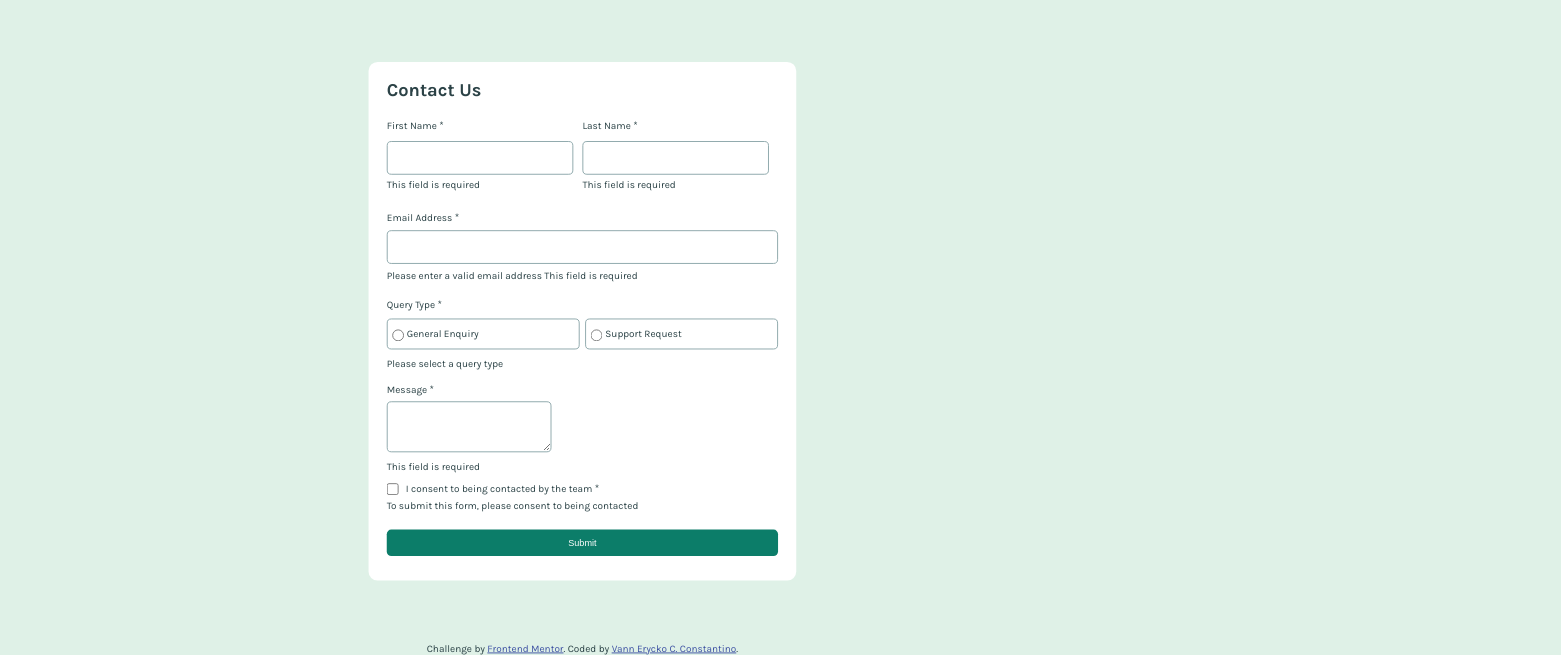
Repository: kocokoy/contact-form
Page: contact-form-main/index.html
These files come from the project's save history. The page is drawn as it stood at one moment and after the next save; the edit follows.
The browser window is 1280 px wide. The page is 1280 px wide, then 1715 px, so the pictures cover 1715 px, including what lies to the right of the window. The pictures show the whole page, at 91% of full size.

Above is the page before, as saved 2024-10-24 16:11:08.

After the next save:
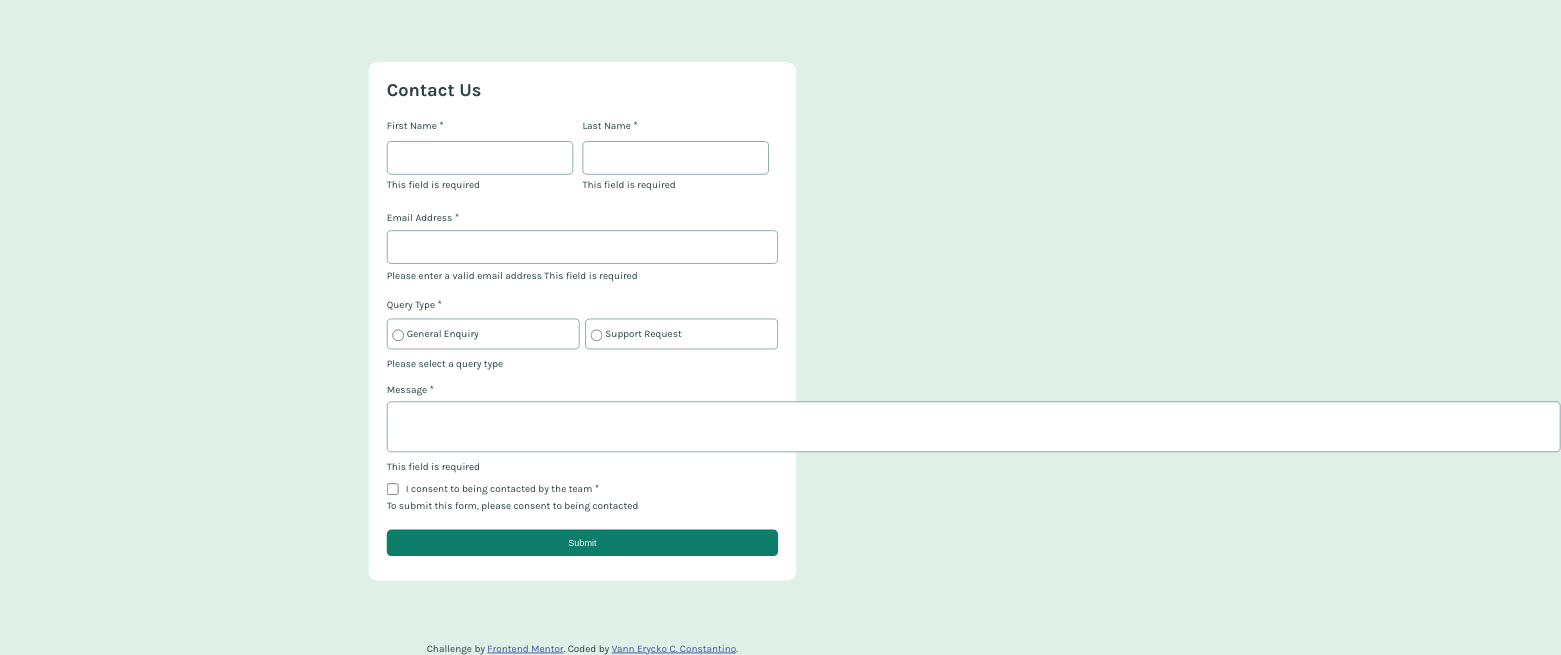
Saved 8 s later.
--- a/contact-form-main/styles/style.css
+++ b/contact-form-main/styles/style.css
@@ -154,12 +154,12 @@ span {
 }
 
 .message-section textarea{
- width: 300;
+ width: 300%;
  height: 55%;
  border-radius: 5px;
  border: 1px solid var(--Grey500);
  font-size: 13px;
- /* resize: none;  */
+ resize: none; /* Disable resizing */
  box-sizing: border-box;
  outline: none;
 }
